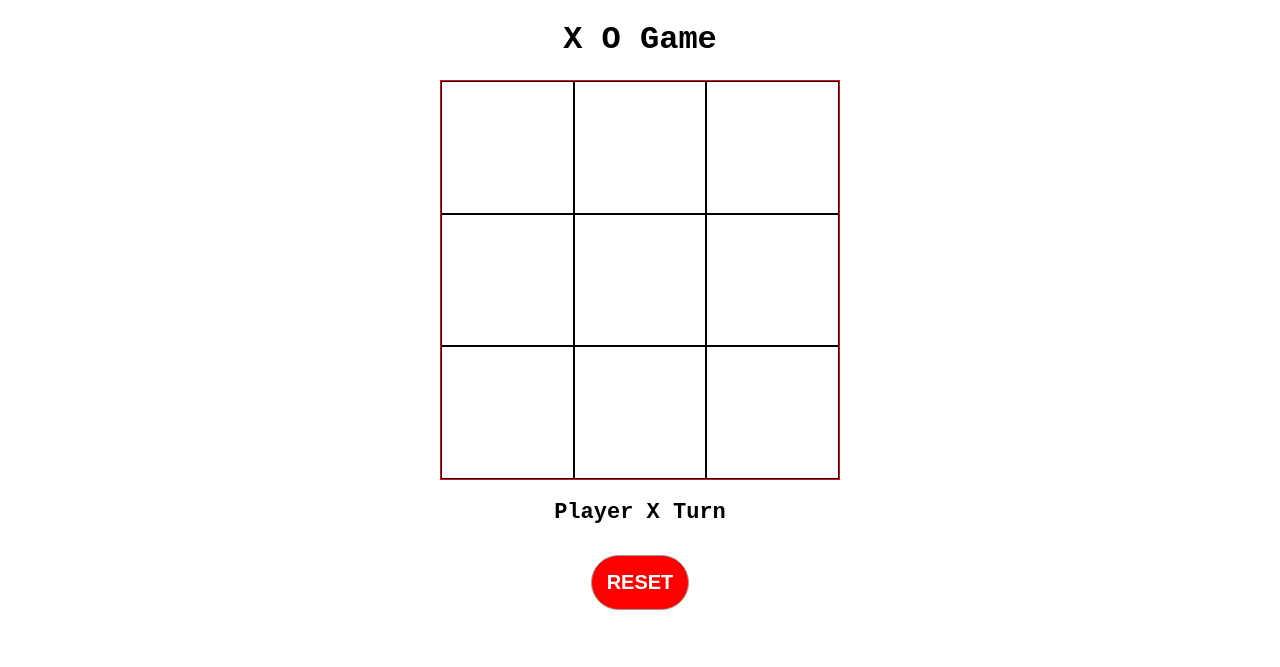
Repository: abdelrahman-ahmed-nassar/javascript-games
Page: my_x-o/index.html
These files come from the project's save history. The page is drawn as it stood at one moment and after the next save; the edit follows.
The browser window is 1280 px wide. The pictures show the whole page.

Above is the page before, as saved 2024-07-27 23:35:22.

### my_x-o/index.html
<!DOCTYPE html>
<html lang="en">
<head>
  <meta charset="UTF-8">
  <meta name="viewport" content="width=device-width, initial-scale=1.0">
  <link rel="stylesheet" href="style.css">
  <script defer src="script.js"></script>
  <title>X O Game </title>
</head>
<body>
  <h1>X O Game</h1>
  <div class="game-container" id="container">
    <div class="box box-0" data-num="0"></div>
    <div class="box box-1" data-num="1"></div>
    <div class="box box-2" data-num="2"></div>
    <div class="box box-3" data-num="3"></div>
    <div class="box box-4" data-num="4"></div>
    <div class="box box-5" data-num="5"></div>
    <div class="box box-6" data-num="6"></div>
    <div class="box box-7" data-num="7"></div>
    <div class="box box-8" data-num="8"></div>
  </div>
  <div class="player-text">Player <span id="active-player">x</span> Turn</div>
  <div class="player-winner"></div>
  <button id="reset-btn" type="button">RESET</button>
</body>
</html>

### my_x-o/style.css

* {
  box-sizing: border-box;
}

body {
  margin: 0;
  padding: 0;
  font-family: 'Courier New', Courier, monospace;
  text-align: center;
}

.game-container {
  margin: 0 auto;
  max-width: 400px;
  height: 400px;
  border: 1px solid red;
  display: grid;
  grid-template-columns: repeat(3, 1fr);
  grid-template-rows: repeat(3, 1fr);
}

.box {
  border: 1px solid black;
  text-transform: capitalize ;
  display: grid;
  place-items: center;
  font-size:70px;
  font-weight: bold;
  cursor: pointer;
}

.player-text {
  margin-top: 20px;
  font-size: 22px;
  font-weight: bold;
}

#active-player {
  text-transform: capitalize;
}

#reset-btn {
  margin-top: 30px;
  font-weight: bold;
  font-size: 20px;
  padding: 15px;
  color: white;
  border: 1px solid #999;
  background-color: red;
  border-radius: 40px;
  cursor:  pointer;
}

### my_x-o/script.js
let grid = ["", "", "", "", "", "", "", "", ""];

const containerEl = document.getElementById("container");

const box0El = document.querySelector(".box-0");
const box1El = document.querySelector(".box-1");
const box2El = document.querySelector(".box-2");
const box3El = document.querySelector(".box-3");
const box4El = document.querySelector(".box-4");
const box5El = document.querySelector(".box-5");
const box6El = document.querySelector(".box-6");
const box7El = document.querySelector(".box-7");
const box8El = document.querySelector(".box-8");

const resetBtn = document.getElementById("reset-btn");
const activePlayerEl = document.getElementById("active-player");
const textEl = document.querySelector(".player-text");

let gridSize = 3;
let isPlaying = 1;
let activePlayer = "x";

/////////////////////////

function isWritten(e) {
  if (e === "o" || e === "x") {
    return 1;
  } else {
    return 0;
  }
}

function updateGrid(n) {
  for (let i = 0; i < grid.length; i++) {
    document.querySelector(`.box-${i}`).textContent = grid[i];
  }
  if (n !== -1) {
    document.querySelector(`.box-${n}`).style = "pointer-events: none;";
  }
}

function changeActivePlayer() {
  let code = activePlayer === "x" ? "o" : "x";
  activePlayer = code;
  activePlayerEl.textContent = code;
}

function winner() {
  isPlaying = 0;
  containerEl.style = "pointer-events: none";
  textEl.textContent = `Player ${
    activePlayer === "x" ? "o" : "x"
  } is the winner 🎉`;
}

///////////////

function changeBoxState(e) {
  if (!isPlaying) return;
  let n = e.target.dataset.num;
  let item = grid[n];
  if (isWritten(item)) {
    return;
  } else {
    let code = activePlayer === "x" ? "x" : "o";
    grid[n] = code;

    updateGrid(n);

    changeActivePlayer();
  }
  // check for cols

  for (let i = 0; i < gridSize; i++) {
    let first = grid[i];
    let second = grid[i + gridSize];
    let third = grid[i + 2 * gridSize];

    if (first === "" || second === "" || third === "") {
      return;
    }

    if (first === second && second === third && first === third) {
      winner();
    }
  }

  console.log(grid);
}

/////////////////////

function init() {
  for (let i = 0; i < grid.length; i++) {
    document
      .querySelector(`.box-${i}`)
      .addEventListener("click", (e) => changeBoxState(e));
  }
}
init();

resetBtn.addEventListener("click", function (e) {
  isPlaying = 1;
  grid = ["", "", "", "", "", "", "", "", ""];
  containerEl.style = "pointer-events: all";
  for (let i = 0; i < 9; i++) {
    document.querySelector(`.box-${i}`).style = "pointer-events: all;";
  }

  textEl.textContent = `Player ${activePlayer} turn`;

  updateGrid(-1);
  init();
});

After the next save:
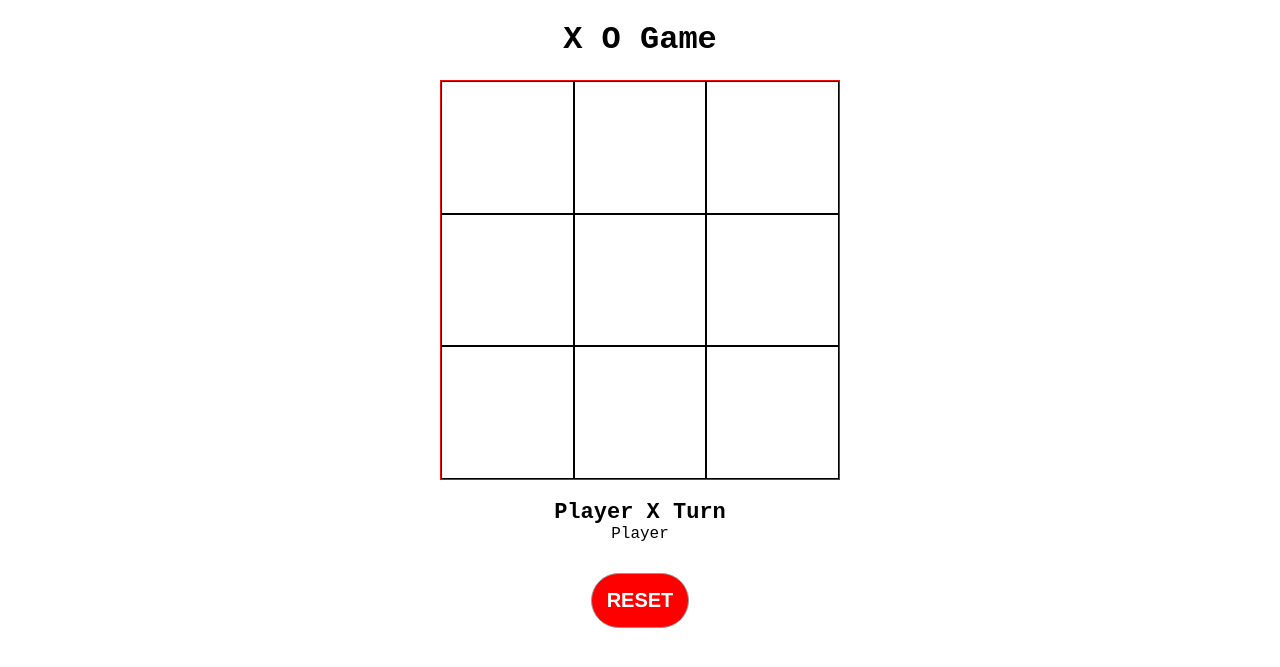
Saved 12 s later.
--- a/my_x-o/index.html
+++ b/my_x-o/index.html
@@ -21,7 +21,7 @@
     <div class="box box-8" data-num="8"></div>
   </div>
   <div class="player-text">Player <span id="active-player">x</span> Turn</div>
-  <div class="player-winner"></div>
+  <div class="player-winner">Player <span id="winner"></span></div>
   <button id="reset-btn" type="button">RESET</button>
 </body>
 </html>
